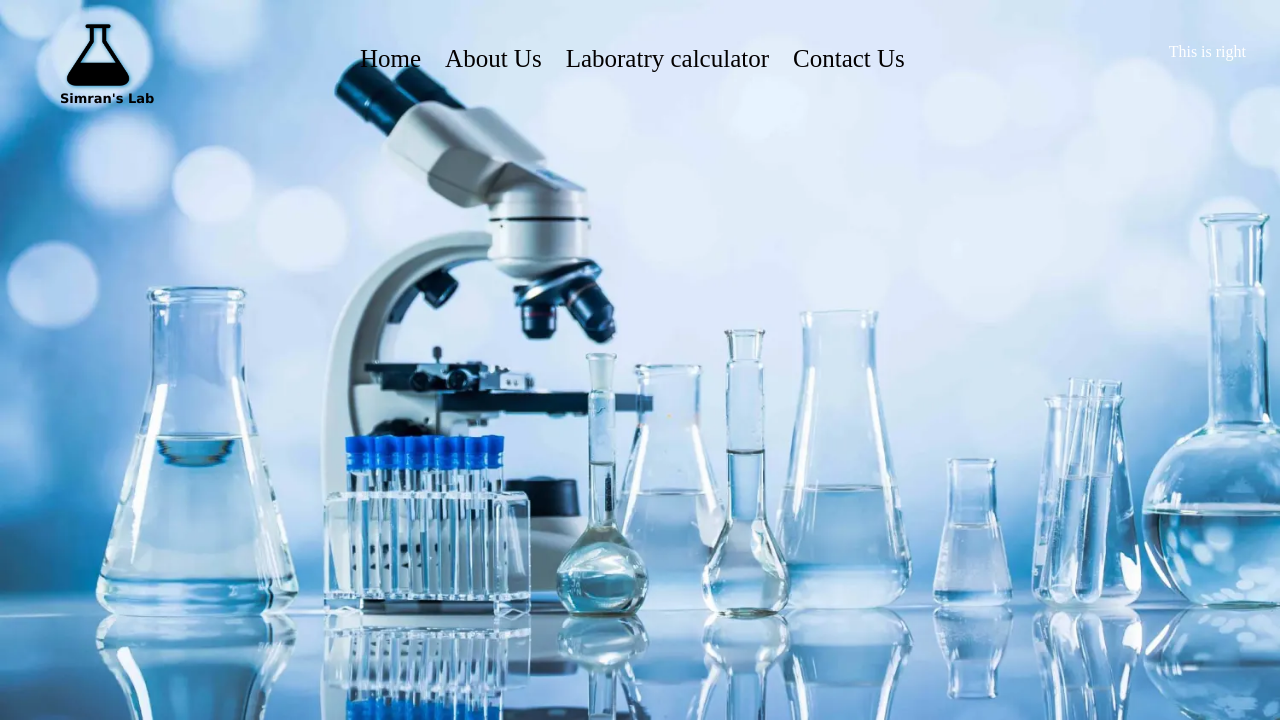
Repository: raisingh22/Simranlearning
Page: html css java/website/index.html
The author's editor kept a copy of each file at every save. The page is drawn from the files as they stood at one save, then again after a run of saves.
The browser window is 1280 px wide. The pictures show the whole page.

Above is the page before, as saved 2024-01-01 18:51:47.

After the next 2 saves:
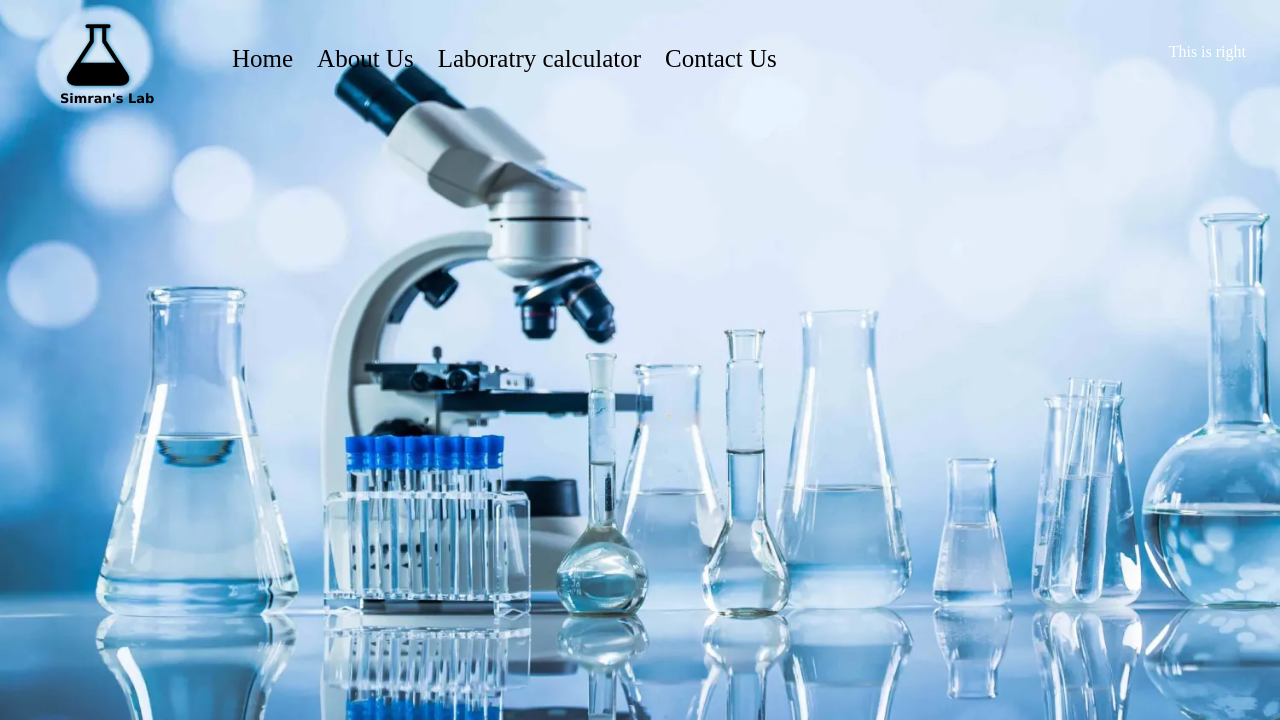
The 2 saves are shown as one change because they came seconds apart.
The last was saved 12 s later.
--- a/html css java/website/index.html
+++ b/html css java/website/index.html
@@ -41,7 +41,7 @@
     }
     .mid{
         display: block;
-        width: 50%;
+        width: 70%;
         margin: 29px auto;
         /* border: 2px solid #427e56; */
         /* background-color: #b7b1b164; */
